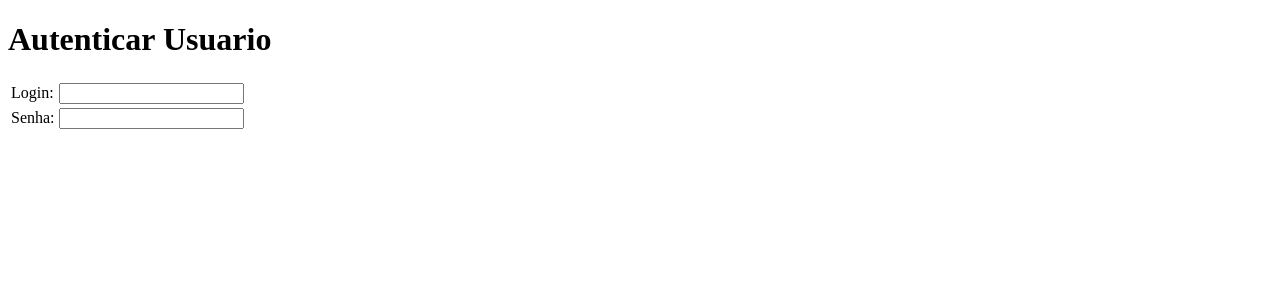
Repository: VictorGOrellana/RecursosJava
Page: http://localhost/curso.edu/acessoAoSistema.jsp
These files come from the project's save history. The page is drawn as it stood at one moment and after the next save; the edit follows.
The browser window is 1280 px wide. The pictures show the whole page.
The page is served by Tomcat 9. Other server files are loaded and not shown.

Above is the page before, as saved 2019-07-25 14:21:25.

### curso.edu/WebContent/autenticar.jsp
<%@ page language="java" contentType="text/html; charset=ISO-8859-1"
    pageEncoding="ISO-8859-1"%>
<!DOCTYPE html>
<html>
<head>
<meta charset="ISO-8859-1">
<title>Insert title here</title>
</head>
<body>
 <h1> Autenticar Usuario </h1>

 	<form action="">
 		<table>
 			<tr>
 			<td>Login: </td>
 			<td> <input type="text" id="login" name="login"/> </td>
 			</tr>
 			<tr>
 			<td>Senha: </td>
 			<td> <input type="password" id="senha" name="senha"/> </td>
 			</tr>
 		</table>
 	</form>

</body>
</html>

After the next save:
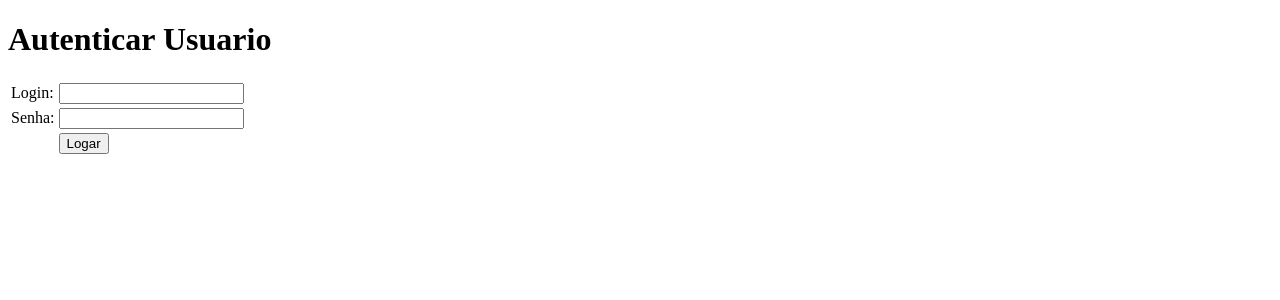
Saved 93 s later.
--- a/curso.edu/WebContent/autenticar.jsp
+++ b/curso.edu/WebContent/autenticar.jsp
@@ -19,6 +19,11 @@
  			<td>Senha: </td>
  			<td> <input type="password" id="senha" name="senha"/> </td>
  			</tr>
+ 			<tr>
+ 			<td></td>
+ 			<td> <input type="submit" id="logar" name="logar" value="Logar"/> </td>
+ 			</tr>
+
  		</table>
  	</form>
 
